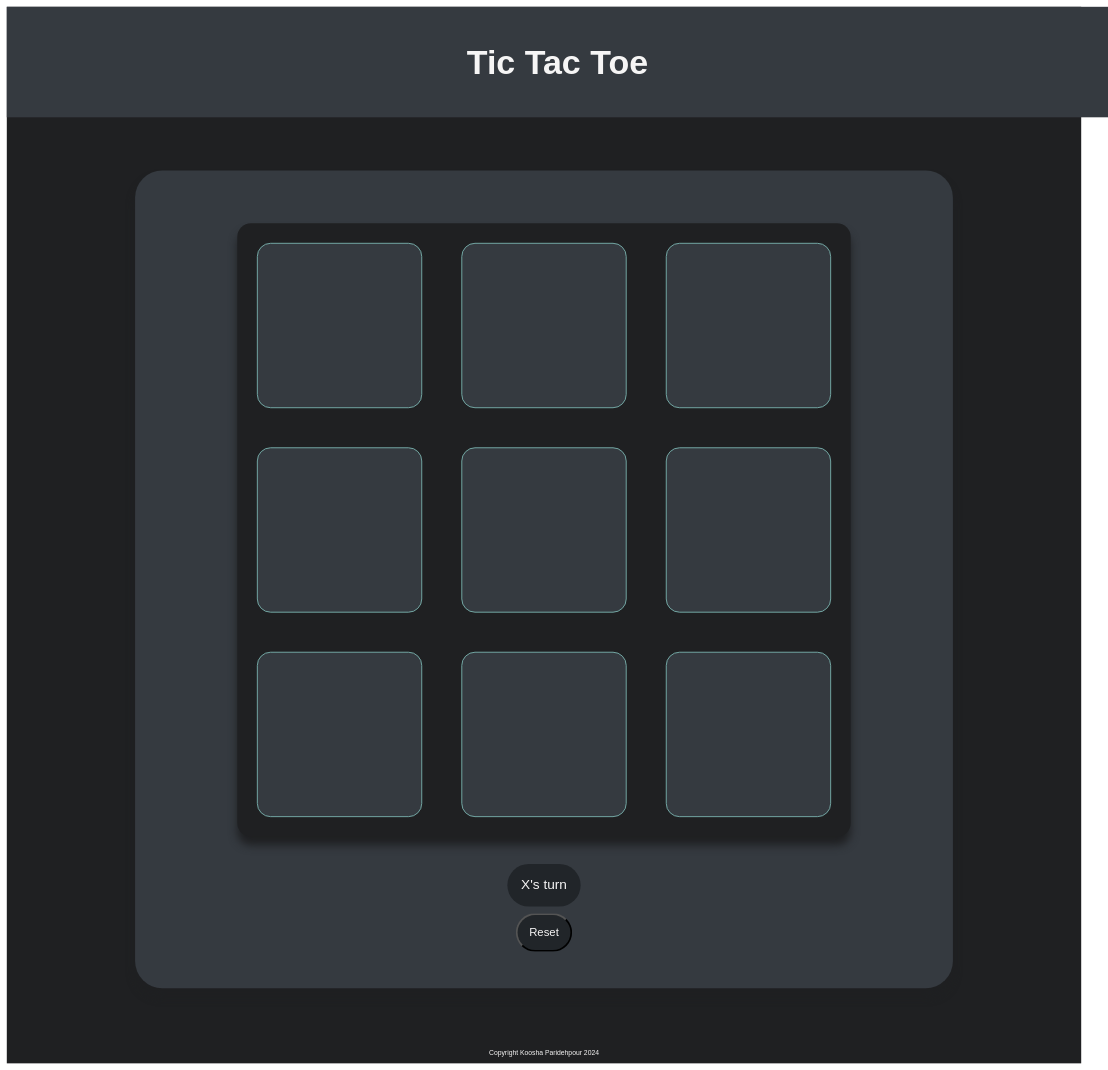
Repository: KooshaPari/odin-TTT
Page: index.html
An editor plug-in stored every save of this project. The page is shown before and after the next save, followed by the edit.
The browser window is 1280 px wide. The page is 1304 px wide, so the pictures cover 1304 px, including what lies to the right of the window. The pictures show the whole page, at 85% of full size.
The pointer rests on the first visible `#game`.

Above is the page before, as saved 2024-03-15 00:07:11.

After the next save:
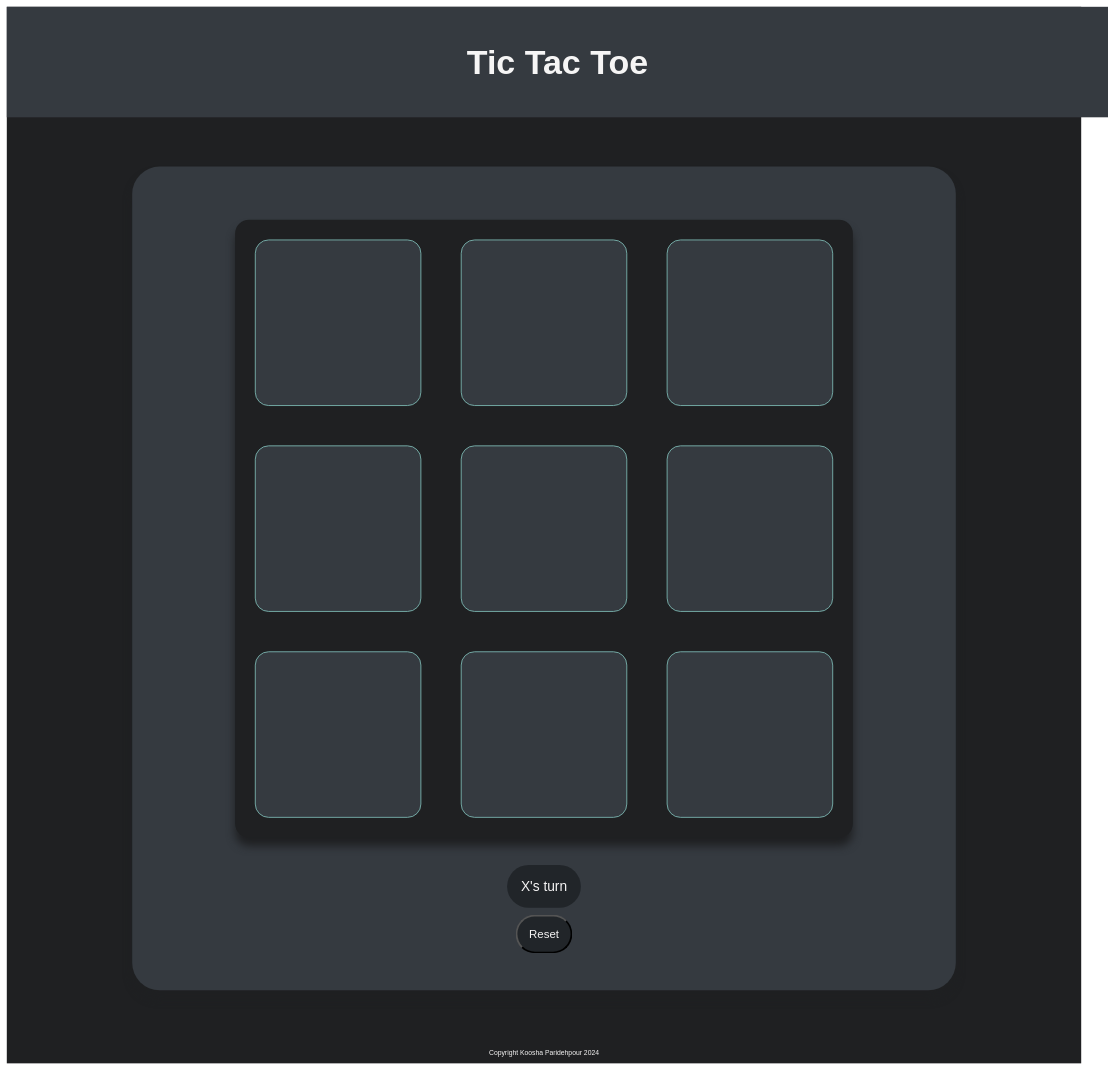
Saved 20 s later.
--- a/style.css
+++ b/style.css
@@ -92,15 +92,15 @@
 }
 #game:hover {
   transform: scale(1.05) translate(0, -0.5em);
-  transition: 10s ease-in-out;
+  transition: 5s ease-in-out;
   -webkit-transform: scale(1.05) translate(0, -0.5em);
   -moz-transform: scale(1.05) translate(0, -0.5em);
   -ms-transform: scale(1.05) translate(0, -0.5em);
   -o-transform: scale(1.05) translate(0, -0.5em);
-  -webkit-transition: 10s ease-in-out;
-  -moz-transition: 10s ease-in-out;
-  -ms-transition: 10s ease-in-out;
-  -o-transition: 10s ease-in-out;
+  -webkit-transition: 5s ease-in-out;
+  -moz-transition: 5s ease-in-out;
+  -ms-transition: 5s ease-in-out;
+  -o-transition: 5s ease-in-out;
 }
 .square {
   transition 0.4s ease-in-out;
